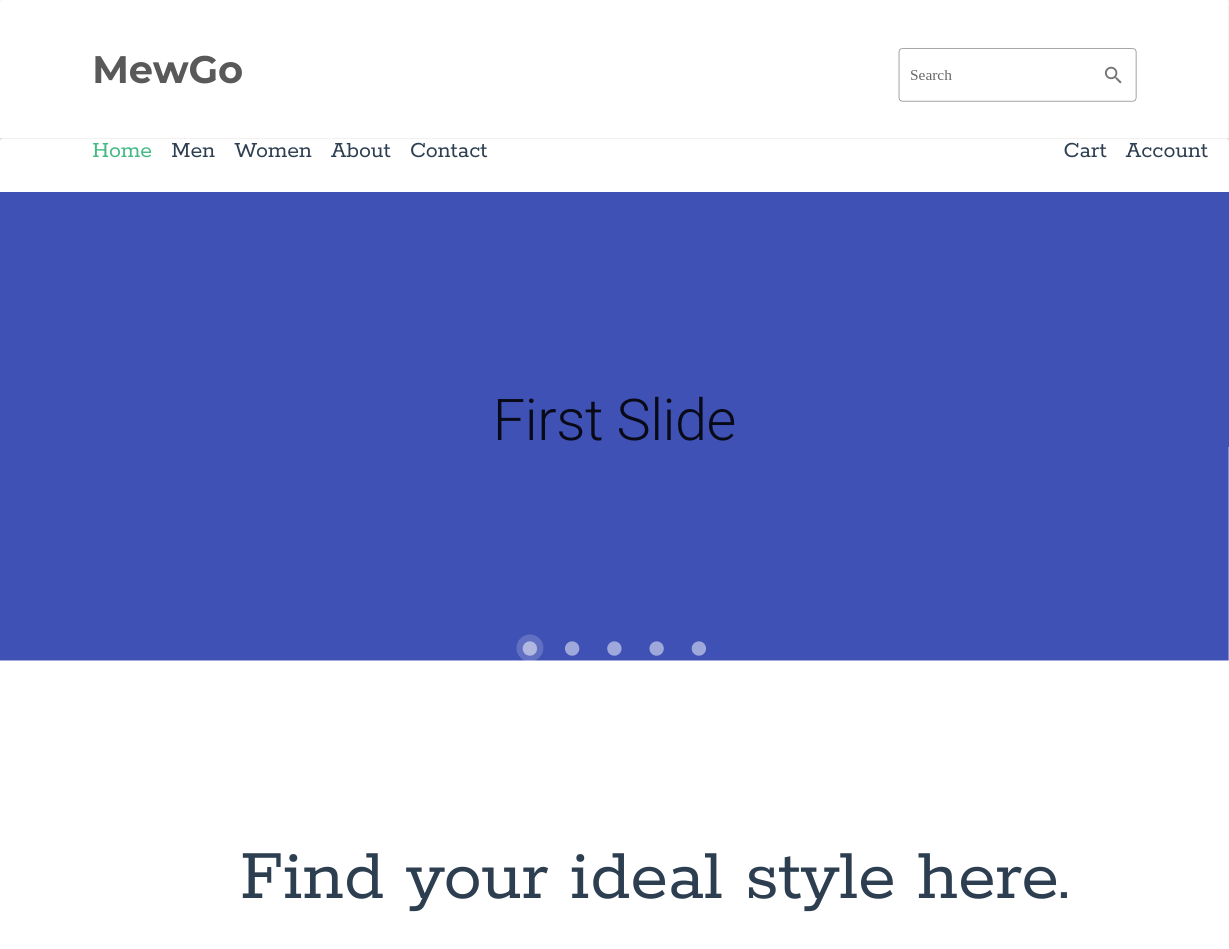
Repository: nguyenphuong152/shoesstore
Page: / (app in frontend-customer/)
An editor plug-in stored every save of this project. The page is shown before and after the next save, followed by the edit.
The browser window is 1280 px wide. The pictures show the part of the page from y = 0 to 989 px (the page is 3298 px tall before and 3230 px after), at 96% of full size.
Pictures or frames that could not be fetched are drawn as grey boxes. The project was rebuilt for these pictures with package versions that can differ from the ones it lists, and the page was loaded fresh each time. Also part of the build but not shown: frontend-customer/vue.config.js.

Above is the page before, as saved 2020-11-18 10:27:47.

### frontend-customer/public/index.html
<!DOCTYPE html>
<html lang="en">
  <head>
    <meta charset="utf-8">
    <meta http-equiv="X-UA-Compatible" content="IE=edge">
    <meta name="viewport" content="width=device-width,initial-scale=1.0">
    <link rel="icon" href="<%= BASE_URL %>favicon.ico">
    <title><%= htmlWebpackPlugin.options.title %></title>
    <link rel="stylesheet" href="https://fonts.googleapis.com/css?family=Roboto:100,300,400,500,700,900">
    <link rel="stylesheet" href="https://cdn.jsdelivr.net/npm/@mdi/font@latest/css/materialdesignicons.min.css">
    <link rel="stylesheet" href="https://fonts.googleapis.com/css?family=Roboto:100,300,400,500,700,900">
    <link href="https://fonts.googleapis.com/css?family=Montserrat:300,400,500,600,700" rel="stylesheet">
	<link href="https://fonts.googleapis.com/css?family=Rokkitt:100,300,400,700" rel="stylesheet">
    <link rel="stylesheet" href="https://cdn.jsdelivr.net/npm/@mdi/font@latest/css/materialdesignicons.min.css">
  </head>
  <body>
    <noscript>
      <strong>We're sorry but <%= htmlWebpackPlugin.options.title %> doesn't work properly without JavaScript enabled. Please enable it to continue.</strong>
    </noscript>
    <div id="app"></div>
    <!-- built files will be auto injected -->
  </body>
</html>

### frontend-customer/src/main.js
import Vue from 'vue'
import App from './App.vue'
import vuetify from './plugins/vuetify';
import router from './router'
import '../sass/style.scss'

Vue.config.productionTip = false

new Vue({
  vuetify,
  router,
  render: h => h(App)
}).$mount('#app')

### frontend-customer/src/App.vue
<template>
  <div id="app">
    <div>
      <v-card flat height="200px" tile>
        <v-toolbar extended extension-height="80">
          <v-toolbar-title id="logo">MewGo</v-toolbar-title>
          <v-spacer></v-spacer>
          <v-toolbar-items id="searchbar">
            <v-text-field
              v-model="search"
              append-icon="mdi-magnify"
              label="Search"
              outlined
              single-line
              hide-details
            ></v-text-field>
          </v-toolbar-items>
        </v-toolbar>
        <v-card flat tile class="nav">
          <v-button-items>
            <router-link to="/">Home</router-link>
            <router-link to="/men">Men</router-link>
            <router-link to="/women">Women</router-link>
            <router-link to="/about">About</router-link>
            <router-link to="/contact">Contact</router-link>
            <router-link to="/cart" id="shopping-cart">Cart</router-link>
            <router-link to="/account">Account</router-link>
          </v-button-items>
        </v-card>
      </v-card>
    </div>
    <Banner />
    <router-view />
  </div>
</template>

<script>
import Banner from "./components/Banner";

export default {
  name: "App",

  components: {
    Banner,
  },

  data: () => ({
    //
  }),
};
</script>

### frontend-customer/src/router/index.js
import Vue from 'vue'
import VueRouter from 'vue-router'
import Home from '../views/Home.vue'

Vue.use(VueRouter)

const routes = [
  {
    path: '/',
    name: 'Home',
    component: Home
  },
  {
    path: '/men',
    name: 'Men',
    component: () => import(/* webpackChunkName: "about" */ '../views/Men.vue')
  },
  {
    path: '/women',
    name: 'Women',
    component: () => import(/* webpackChunkName: "about" */ '../views/Women.vue')
  },
  {
    path: '/about',
    name: 'About',
    // route level code-splitting
    // this generates a separate chunk (about.[hash].js) for this route
    // which is lazy-loaded when the route is visited.
    component: () => import(/* webpackChunkName: "about" */ '../views/About.vue')
  },
  {
    path: '/contact',
    name: 'Contact',
    component: () => import(/* webpackChunkName: "about" */ '../views/Contact.vue')
  },
  {
    path: '/cart',
    name: 'Cart',
    component: () => import(/* webpackChunkName: "about" */ '../views/Cart.vue')
  },
  {
    path: '/account',
    name: 'Account',
    component: () => import(/* webpackChunkName: "about" */ '../views/Account.vue')
  },
]

const router = new VueRouter({
  mode: 'history',
  base: process.env.BASE_URL,
  routes
})

export default router

### frontend-customer/sass/style.scss
$font-primary: 'Montserrat',
Arial,
sans-serif;
$font-secondary: 'Rokkitt',
Georgia,
serif;

// Overrides
$grid-gutter-width: 20px !default;
$border-radius-base: 4px !default;
$padding-base-vertical: 14px !default;

$brand-primary: #616161 !default;
$brand-secondary: #88c8bc !default;
$brand-yellow: #FFDD00 !default;
$brand-footer-color: #2C2E3E;

$brand-white: #fff;
$brand-black: #000;
$brand-darker: #444;
$brand-gray: #ccc;
$brand-lighter: #e9e9e9;
$brand-body-color: #e8e8e8;
$brand-selection-color: #f9f6f0;
$brand-overlay-color: #4c4a8a;
$brand-bg-color: $brand-white;

#app {
  -webkit-font-smoothing: antialiased;
  -moz-osx-font-smoothing: grayscale;
  color: #2c3e50;
}

.item-nav {
  padding-right: 20px;
}


.nav {
  padding-left: 96px;
  a {
    font-size: 25px;
    color: #2c3e50;
    font-family: $font-secondary;
    text-decoration: none;

    &.router-link-exact-active {
      color: #42b983;
    }

    @extend .item-nav;
  }
}

#logo {
  font-size: 40px;
  padding-top: 80px;
  padding-left: 80px;
  font-weight: 700;
  font-family: $font-primary;
  color: lighten($brand-black, 35%);
}

#searchbar {
  padding-right: 80px;
  padding-top: 50px;
}

#shopping-cart {
  padding-left: 580px;
}

.slogan {
  padding-left: 250px;
  font-size: 80px;
  color: #2c3e50;
  font-family: $font-secondary;
  text-decoration: none;
}

#home-page{
  margin-top: -50px;
}

#collection {
  margin-top: 50px;
  margin-left:80px;
  margin-right:80px;
  margin-bottom: 50px;
}

.title-collection{
  @extend .slogan;
  font-size: 25px;
  padding-left: 140px;
}

.slogan-2 {
  @extend .slogan;
  padding-left: 500px;
  margin-bottom: 50px;
}

.slogan-3 {
  color: $brand-primary;
  @extend .slogan-2;
  font-size: 40px;
}

### frontend-customer/src/components/Banner.vue
<template>
  <v-app>
    <v-carousel
      cycle
      height="500"
      hide-delimiter-background
      show-arrows-on-hover
    >
      <v-carousel-item v-for="(slide, i) in slides" :key="i">
        <v-sheet :color="colors[i]" height="100%">
          <v-row class="fill-height" align="center" justify="center">
            <div class="display-3">{{ slide }} Slide</div>
          </v-row>
        </v-sheet>
      </v-carousel-item>
    </v-carousel>
  </v-app>
</template>

<script>
export default {
  data() {
    return {
      colors: [
        "indigo",
        "warning",
        "pink darken-2",
        "red lighten-1",
        "deep-purple accent-4",
      ],
      slides: ["First", "Second", "Third", "Fourth", "Fifth"],
    };
  },
};
</script>

### frontend-customer/src/views/Home.vue
<template>
  <div class="home" id="home-page">
    <v-content>
      <a class="slogan">Find your ideal style here.</a>
      <Collection />
      <a class="slogan-2">Best Sellers</a>
      <BestSeller />
      <a class="slogan-3">TRUSTED PARTNERS</a>
      <Partner />
    </v-content>
  </div>
</template>

<script>
import Collection from "../components/Collection";
import BestSeller from "../components/BestSeller";
import Partner from "../components/Partner";

export default {
  components: {
    Collection,
    BestSeller,
    Partner
  },

  data: () => ({
    //
  }),
};
</script>

### frontend-customer/src/components/Collection.vue
<template>
  <v-row id="collection">
    <v-col v-for="n in 2" :key="n" class="d-flex child-flex" cols="6">
      <v-card>
        <v-img
          :src="`https://picsum.photos/500/300?image=${n * 5 + 10}`"
          :lazy-src="`https://picsum.photos/10/6?image=${n * 5 + 10}`"
         class="grey lighten-2"
        >
          <template v-slot:placeholder>
            <v-row class="fill-height ma-0" align="center" justify="center">
              <v-progress-circular
                indeterminate
                color="grey lighten-5"
              ></v-progress-circular>
            </v-row>
          </template>
        </v-img>
        <v-card-title class="title-collection">
      {{titles[n-1]}}
    </v-card-title>
      </v-card>
    </v-col>
  </v-row>
</template>

<script>
export default {
      data(){
          return {
              titles:[
                  "Shop Men's Collection",
                  "Shop Women's Collection",
              ],
          }
      }
};
</script>

<style></style>

### frontend-customer/src/components/BestSeller.vue
<template>
  <v-row id="collection">
    <v-col v-for="n in 9" :key="n" class="d-flex child-flex" cols="4">
      <v-card class="mx-auto"
    outlined>
        <v-img
          :src="`https://picsum.photos/500/300?image=${n * 5 + 10}`"
          :lazy-src="`https://picsum.photos/10/6?image=${n * 5 + 10}`"
          aspect-ratio="1"
          class="grey lighten-2"
        >
          <template v-slot:placeholder>
            <v-row class="fill-height ma-0" align="center" justify="center">
              <v-progress-linear
                indeterminate
                color="yellow darken-2"
              ></v-progress-linear>
            </v-row>
          </template>
        </v-img>
        <v-card-title class="title-collection"> Pic{{ n }} </v-card-title>
        <v-card-subtitle class="title-collection">Price</v-card-subtitle>
      </v-card>
    </v-col>
  </v-row>
</template>

<script>
export default {
  data() {},
};
</script>

<style></style>

### frontend-customer/src/components/Partner.vue
<template>
  <v-row id="collection" no-gutters>
    <v-col
      v-for="item in items"
      :key="item.id"
      class="d-flex child-flex"
      cols="2"
    >
        <v-img :src="item.src" class="grey lighten-2">
          <template v-slot:placeholder>
            <v-row class="fill-height ma-0" align="center" justify="center">
              <v-progress-circular
                indeterminate
                color="grey lighten-5"
              ></v-progress-circular>
            </v-row>
          </template>
        </v-img>
    </v-col>
  </v-row>
</template>

<script>
export default {
  data() {
    return {
      items: [
        {
          id: 1,
          src: require("../assets/brand-1.jpg"),
        },
        {
          id: 2,
          src: require("../assets/brand-2.jpg"),
        },
        {
          id: 3,
          src: require("../assets/brand-3.jpg"),
        },
        {
          id: 4,
          src: require("../assets/brand-4.jpg"),
        },
        {
          id: 5,
          src: require("../assets/brand-5.jpg"),
        },
      ],
    };
  },
};
</script>

<style></style>

Loaded but not shown: frontend-customer/src/plugins/vuetify.js (common file)

After the next save:
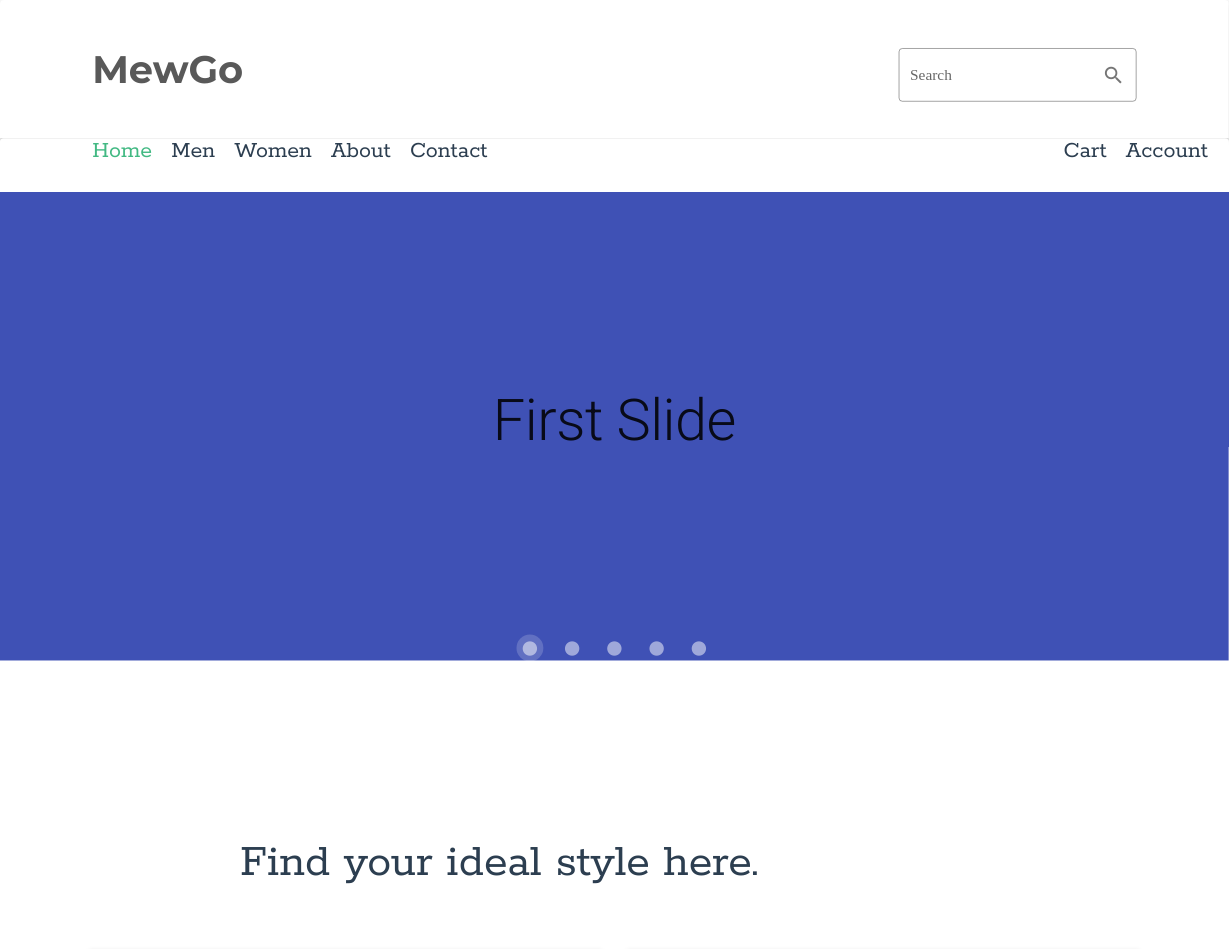
Saved 29 s later.
--- a/frontend-customer/sass/style.scss
+++ b/frontend-customer/sass/style.scss
@@ -72,7 +72,7 @@
 
 .slogan {
   padding-left: 250px;
-  font-size: 80px;
+  font-size: 50px;
   color: #2c3e50;
   font-family: $font-secondary;
   text-decoration: none;
